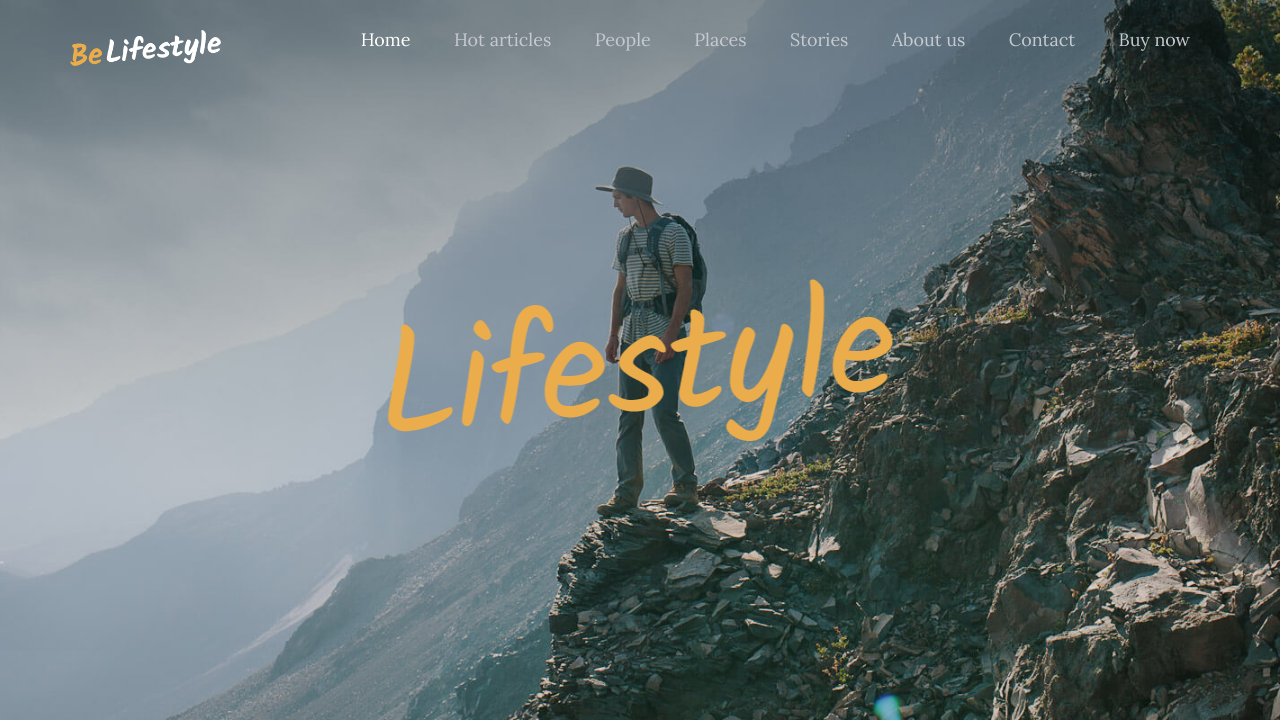
Repository: MalgorzataMazur/BeLife
Page: index.html
The author's editor kept a copy of each file at every save. The page is drawn from the files as they stood at one save, then again after the next save.
The browser window is 1280 px wide. The pictures show the whole page.

Above is the page before, as saved 2019-10-31 19:33:48.

### index.html
<!DOCTYPE html>
<html lang="en-US">
<head>
    <link rel="stylesheet" href="vendors/css/normalize.css">
    <link rel="stylesheet" href="vendors/css/grid.css">
    <link rel="stylesheet" type="text/css" href="resources/css/style.css">
    <link href="https://fonts.googleapis.com/css?family=Lora:400,400i,700,700i&display=swap" rel="stylesheet">
    <title>BeLifestyle</title>
    <meta charset="UTF-8">
    <meta name="viewport" content="width=device-width, initial-scale=1.0">
    <meta http-equiv="X-UA-Compatible" content="ie=edge">
    <title>Document</title>
</head>
<body>
    <header>
        <nav>
            <div class="row">
                <img src="resources/img/retina-lifestyle.png" alt="BeLifestyle logo" class="logo">
                <ul class="main-nav">
                    <li><a href="/home">Home</a></li>
                    <li><a href="#">Hot articles</a></li>
                    <li><a href="#">People</a></li>
                    <li><a href="#">Places</a></li>
                    <li><a href="#">Stories</a></li>
                    <li><a href="#">About us</a></li>
                    <li><a href="#">Contact</a></li>
                    <li><a href="/buy">Buy now</a></li>

                </ul>

            </div>
        </nav>
        <div class="hero-logo-box">
            <h1><img src="resources/css/img/home_lifestyle_slogan.png"></h1>
        </div>

    </header>




</body>
</html>

### resources/css/style.css
/* ---------BASIC SETUP---------- */
* {
    margin: 0;
    padding: 0;
    box-sizing: border-box;
}

html {
    color: #9d9fa0;
    font-family: "Lora", Arial, Tahoma, sans-serif;
    font-weight: 400;
    font-size: 13px;

}

/* ---------REAUSABLE COMPONENTS---------- */
.row {
    max-width: 1140px;
    margin: 0 auto;
}

/* ---------HEADINGS---------- */
h1 {
    margin: 0;
    position: absolute;
    left: 50%;
    top: 50%;
    transform: translate(-50%,-50%);
    width: 505px;
    height: 162px;

}

/* ---------HEADER---------- */
header {
    background-image:  url(img/home_lifestyle_blog_sectionbg1.jpg);
    background-size: cover;
    background-position: center;
    height: 100vh;
}

.hero-logo-box {
    width: 1140px;
}

.logo {
    height: 36px;
    width: auto;
    margin-top: 30px;
    float: left;

}

.main-nav {
    float: right;
    list-style: none;
    margin-top: 30px;

}
.main-nav li {
    display: inline-block;
    font-size: 138%;
    padding: 0 20px;

}

.main-nav li a:link,
.main-nav li a:visited {
    color: #C6CAD0;
    text-decoration: none;
}

.main-nav li a:hover,
.main-nav li a:active {
    color: #ffffff;
}

ul li:first-child :link,
ul li:first-child :visited {
    color: #ffffff;
    font-weight: 400;


}


ul li:first-child :hover,
ul li:first-child :active {
    display: none;

}

ul li:last-child :hover,
ul li:last-child :active{
    color: #f3c070;
    display: none;
}

}

Loaded but not shown: vendors/css/normalize.css (library); vendors/css/grid.css (library)

After the next save:
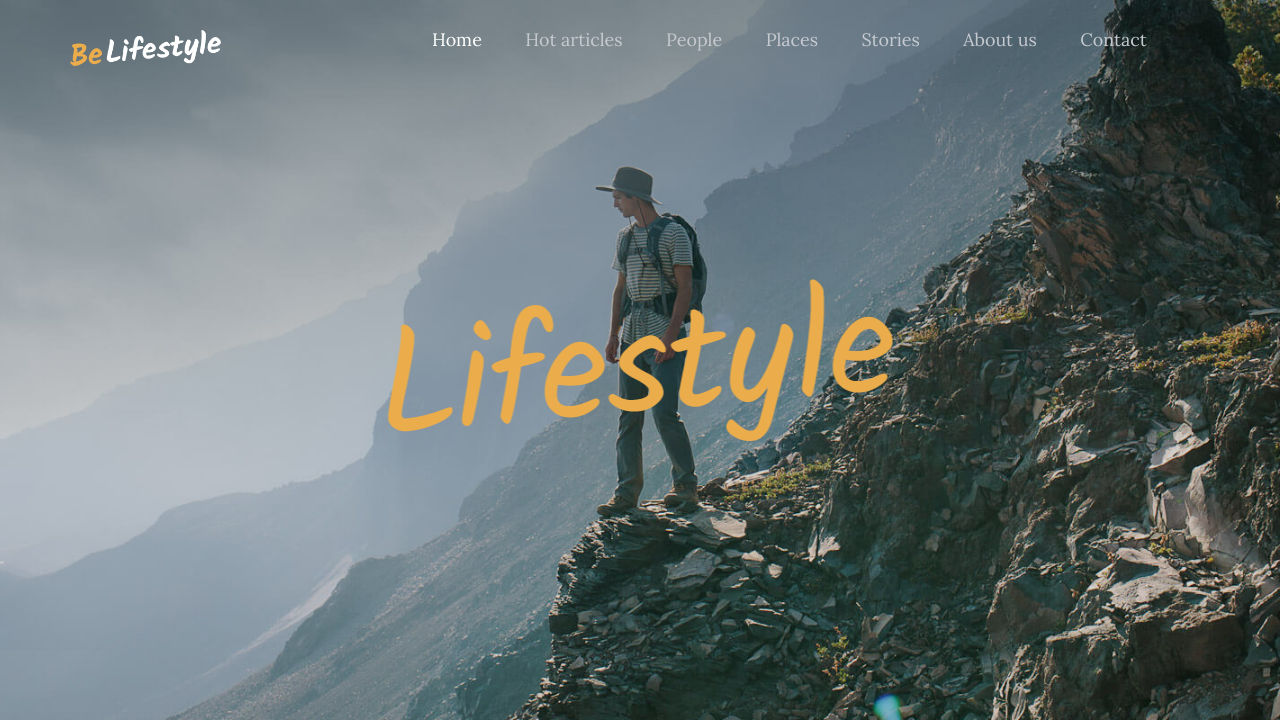
Saved 83 s later.
--- a/resources/css/style.css
+++ b/resources/css/style.css
@@ -90,10 +90,13 @@
 
 }
 
-ul li:last-child :hover,
-ul li:last-child :active{
+ul li:last-child :link,
+ul li:last-child :visited {
     color: #f3c070;
     display: none;
 }
 
+ul li:last-child :hover,
+ul li:last-child :active {
+    display: none;
 }

After the save that followed:
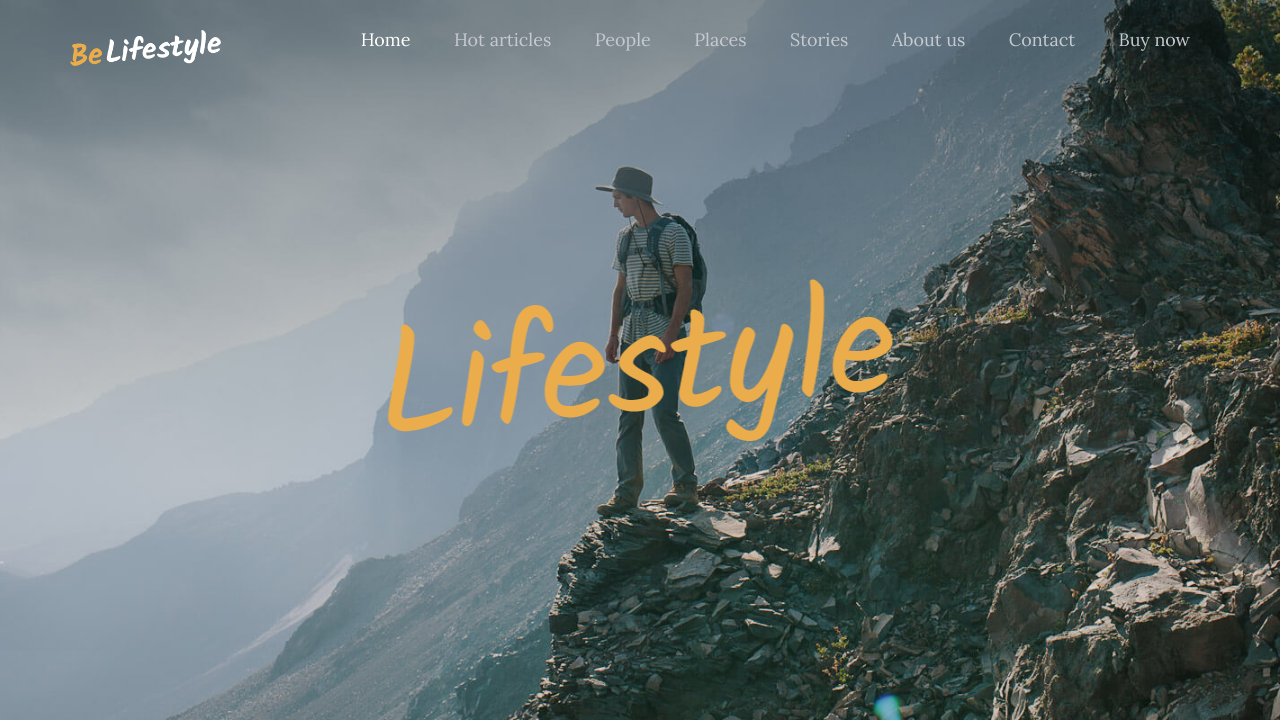
Saved 53 s later.
--- a/resources/css/style.css
+++ b/resources/css/style.css
@@ -90,13 +90,13 @@
 
 }
 
-ul li:last-child :link,
-ul li:last-child :visited {
+ul li:last-child:link,
+ul li:last-child:visited {
     color: #f3c070;
     display: none;
 }
 
-ul li:last-child :hover,
-ul li:last-child :active {
+ul li:last-child:hover,
+ul li:last-child:active {
     display: none;
 }
